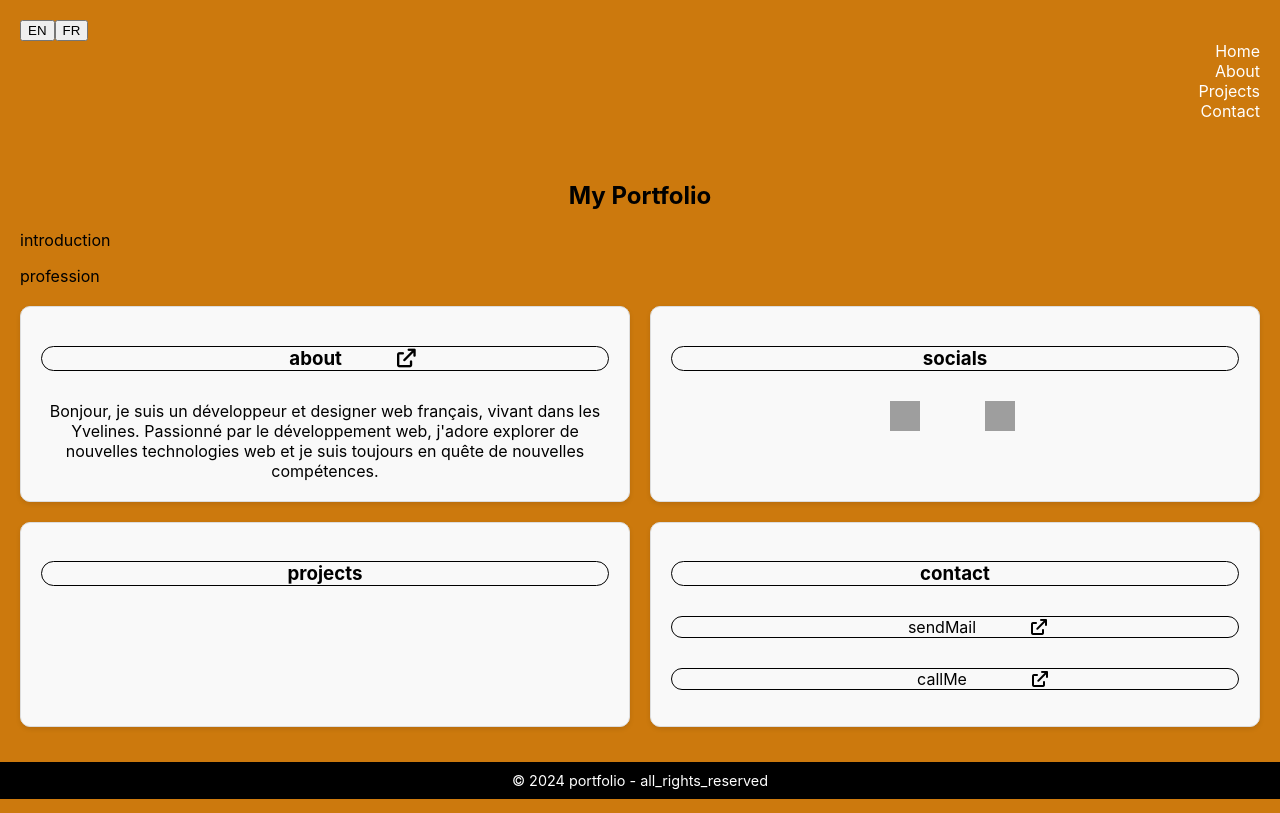
Repository: Christian121966/mon-portfolio
Page: /
An editor plug-in stored every save of this project. The page is shown before and after a run of saves, followed by the edit.
The browser window is 1280 px wide. The pictures show the whole page.
Pictures or frames that could not be fetched are drawn as grey boxes. The project was rebuilt for these pictures with package versions that can differ from the ones it lists, and the page was loaded fresh each time. Also part of the build but not shown: src/pages/AboutPage/AboutPage.scss, src/pages/AboutPage/AboutPage.js, src/pages/ProjectsPage/ProjectsPage.js, src/pages/ContactPage/ContactPage.js. Imported but missing from the stored project, and not drawn on this page: src/i18next.

Above is the page before, as saved 2024-07-24 14:26:35.

After the next 3 saves:
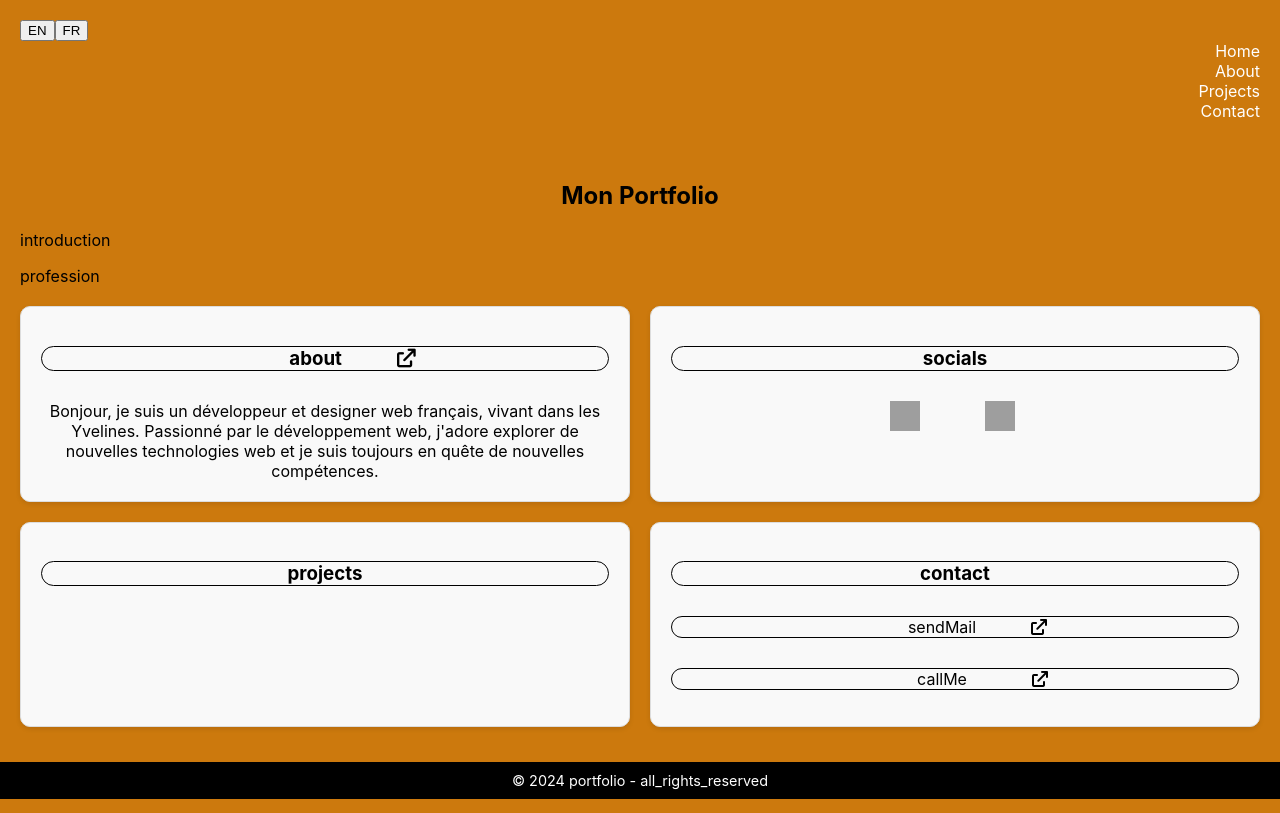
The 3 saves are shown as one change because they came seconds apart.
The last was saved 8 min 23 s later.
--- a/src/pages/HomePage/HomePage.js
+++ b/src/pages/HomePage/HomePage.js
@@ -24,7 +24,7 @@ const HomePage = () => {
 
   return (
     <div className="homepage">
-      <h2>{t('My Portfolio')}</h2>
+      <h2>{t('Mon Portfolio')}</h2>
       <span>{t('introduction')}</span>
       <p>{t('profession')}</p>
       <div className="homepage__cards">
